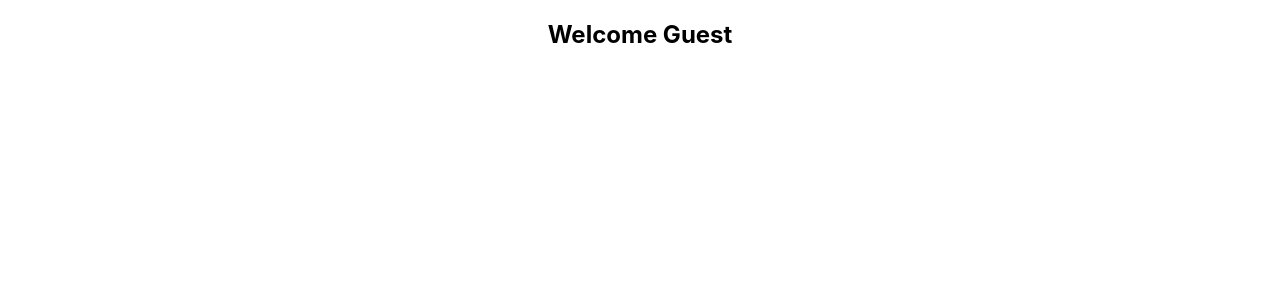
Repository: sinchana-P/react-typescript-demo
Page: /
The author's editor kept a copy of each file at every save. The page is drawn from the files as they stood at one save, then again after the next save.
The browser window is 1280 px wide. The pictures show the whole page.
The project was rebuilt for these pictures with package versions that can differ from the ones it lists, and the page was loaded fresh each time.

Above is the page before, as saved 2023-12-02 18:10:31.

After the next save:
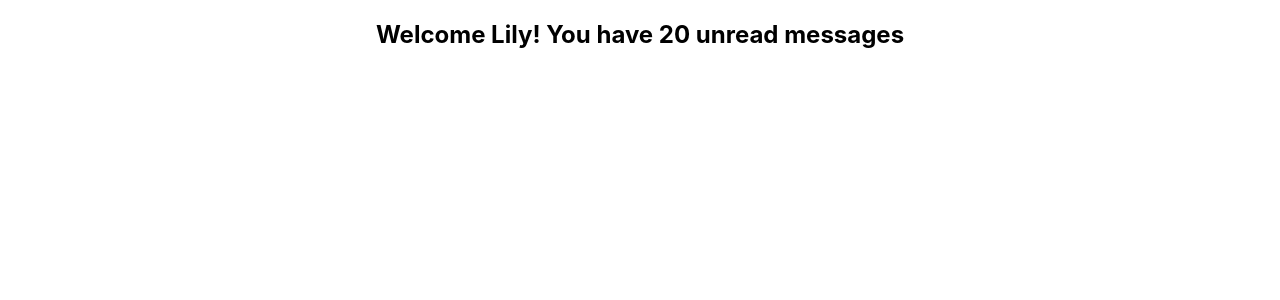
Saved 11 s later.
--- a/src/App.tsx
+++ b/src/App.tsx
@@ -5,7 +5,7 @@ import { Greet } from './components/Greet';
 function App() {
   return (
     <div className="App">
-      <Greet name="Lily" messageCount={20} isLoggedIn={ false } />
+      <Greet name="Lily" messageCount={20} isLoggedIn={ true } />
     </div>
   );
 }
